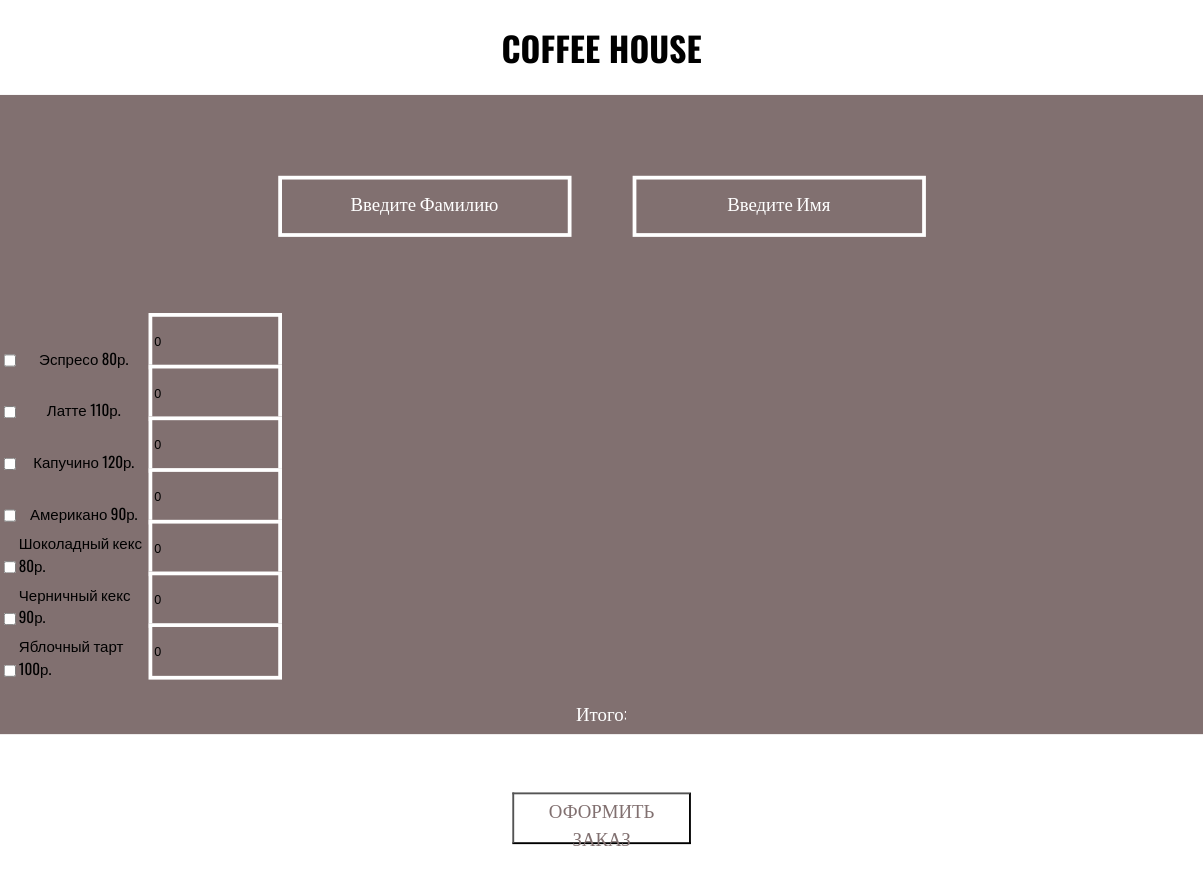
Repository: Valera1994/WebTestProject
Page: New2/index.html
These files come from the project's save history. The page is drawn as it stood at one moment and after the next save; the edit follows.
The browser window is 1280 px wide. The pictures show the whole page, at 94% of full size.

Above is the page before, as saved 2025-07-20 22:11:17.

### New2/index.html
<!DOCTYPE html>
<html lang="en">
<head>
    <meta charset="UTF-8">
    <meta name="viewport" content="width=device-width, initial-scale=1.0">
    <title>COFFEE HOUSE</title>
    <link rel="stylesheet" href="style.css">
    <link rel="preconnect" href="https://fonts.googleapis.com">
    <link rel="preconnect" href="https://fonts.gstatic.com" crossorigin="">
    <link href="https://fonts.googleapis.com/css2?family=Oswald:wght@200..700&amp;display=swap" rel="stylesheet">
</head>
<body>
    <header class="header">
        <h1 class="logo">COFFEE HOUSE</h1>
    </header>
    <div class="order">
        <div class="form">
            <input class="surname form_text" type="text" placeholder="Введите Фамилию" required="">
            <input class="name form_text" type="text" placeholder="Введите Имя" required="">
        </div>
        <div class="conteiner">
            <div class="form_checkbox">
                <input type="checkbox" id="coffee" name="espreso" value="choise1">
                <label for="espreso">Эспресо 80р.</label>
                <input class="price" type="number" min="0" value="0" placeholder="0">
            </div>
            <div class="form_checkbox">
                <input type="checkbox" id="coffee" name="latte" value="choise1">
                <label for="latte">Латте 110р.</label>
                <input class="price" type="number" min="0" value="0" placeholder="0">
            </div>
            <div class="form_checkbox">
                <input type="checkbox" id="coffee" name="capp" value="choise1">
                <label for="capp">Капучино 120р.</label>
                <input class="price" type="number" min="0" value="0" placeholder="0">
            </div>
            <div class="form_checkbox">
                <input type="checkbox" id="coffee" name="amer" value="choise1">
                <label for="amer">Американо 90р.</label>
                <input class="price" type="number" min="0" value="0" placeholder="0">
            </div>
            <div class="form_checkbox">
                <input type="checkbox" id="coffee" name="choco" value="choise1">
                <label for="choco">Шоколадный кекс 80р.</label>
                <input class="price" type="number" min="0" value="0" placeholder="0">
            </div>
            <div class="form_checkbox">
                <input type="checkbox" id="coffee" name="chern" value="choise1">
                <label for="chern">Черничный кекс 90р.</label>
                <input class="price" type="number" min="0" value="0" placeholder="0">
            </div>
            <div class="form_checkbox">
                <input type="checkbox" id="coffee" name="apple" value="choise1">
                <label for="apple">Яблочный тарт 100р.</label>
                <input class="price" type="number" min="0" value="0" placeholder="0">
            </div>
        </div>

        <p>Итого: <span class="result"></span></p>
        <div class="button_container">
            <button class="btn">ОФОРМИТЬ ЗАКАЗ</button>
        </div>
    </div>
</body>
</html>

### New2/style.css
body{
    margin: 0;
    padding: 0;
    font-family: 'Oswald', sans-serif;
}

.header {
    width: 100%;
    box-sizing: border-box;
    text-decoration: none;
    top: 0;
    left: 0;
}

.logo{
    color: black;
    font-size: 36px;
    white-space: nowrap;
    font-weight: medium;
    display: flex;
    justify-content: center;
}

.order{
    width: 100%;
    height: 680px;
    background: rgba(129, 112, 112, 1);
}

.form{
    padding: 86px 0;
    gap: 65px;
    display: flex;
    justify-content: center;
}

.form_text{
    background-color: #817070;
    display: flex;
    flex-direction: column;
    justify-content: center;
    width: 300px;
    height: 55px;
    border: 4px solid white;
}

.form_text::placeholder {
    font-family: 'Oswald';
    color: white;
    opacity: 1;
    display: flex;
    align-items:center;
    text-align: center;
    font-size: 20px;
    font-weight: lighter;
}

.container{
    display: flex;
    align-items:baseline;
    flex-wrap: wrap;
    padding-bottom: 17px;
    height: 271px;
    width: 784px;
}

.form_checkbox{
    width: 300px;
    height: 55px;
    display: flex;
    justify-content: space-between;
    align-items: flex-end;
}


.price{
    background-color: #817070;
    display: flex;
    flex-direction: column;
    justify-content: center;
    width: 130px;
    height: 50px;
    border: 4px solid white;
}

p{
    font-family: 'Oswald';
    font-size: 20px;
    font-weight:lighter;
    color: white;
    display: flex;
    justify-content: center;
}

.button_container{
    display: flex;
    justify-content: center;
    padding: 50px;
}

.btn{
    width: 190px;
    height: 55px;
    font-family: 'Oswald';
    font-size: 20px;
    font-weight: 500;
    background-color: white;
    color: rgba(129, 112, 112, 1);
}

After the next save:
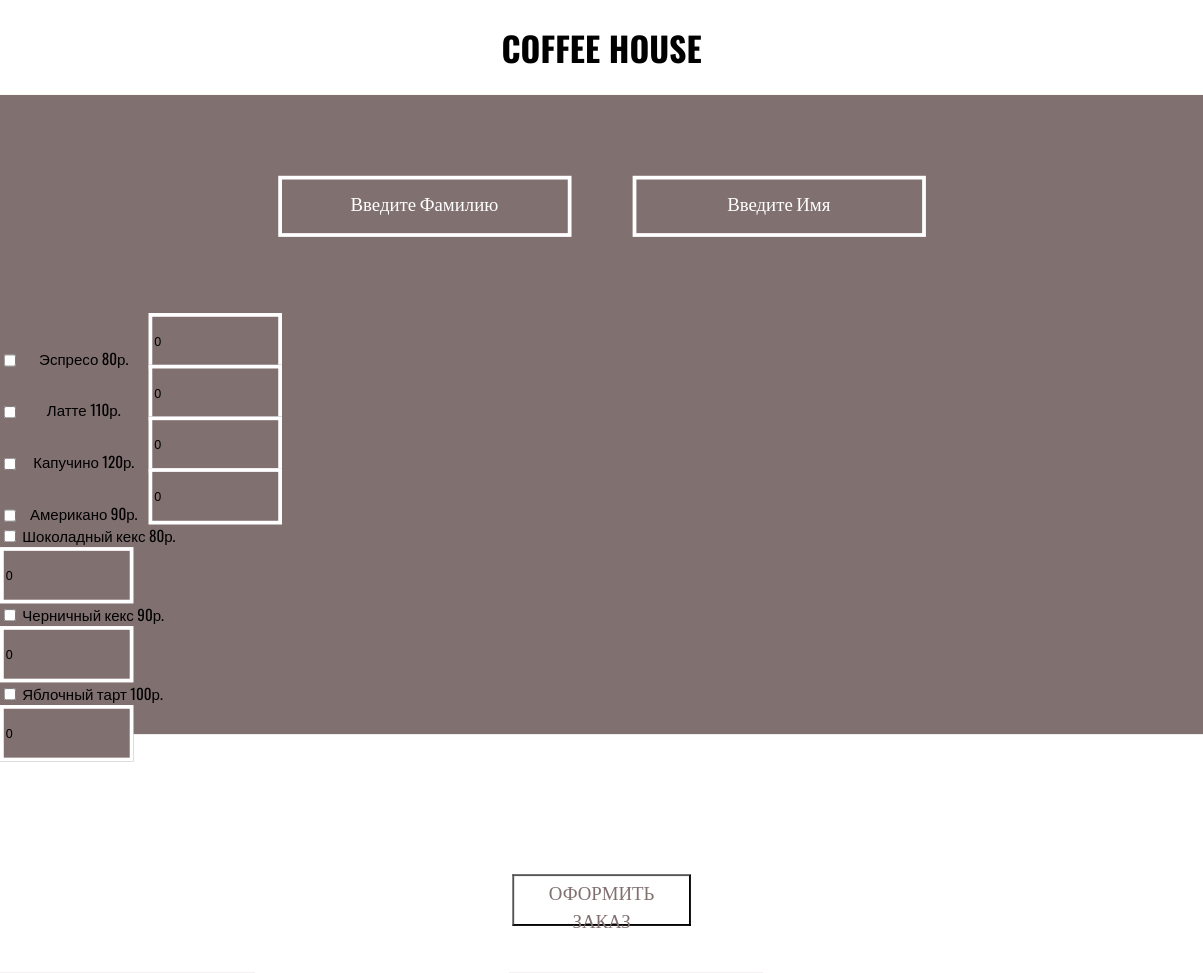
Saved 44 s later.
--- a/New2/index.html
+++ b/New2/index.html
@@ -39,17 +39,17 @@
                 <label for="amer">Американо 90р.</label>
                 <input class="price" type="number" min="0" value="0" placeholder="0">
             </div>
-            <div class="form_checkbox">
+            <div class="form_checkbox2">
                 <input type="checkbox" id="coffee" name="choco" value="choise1">
                 <label for="choco">Шоколадный кекс 80р.</label>
                 <input class="price" type="number" min="0" value="0" placeholder="0">
             </div>
-            <div class="form_checkbox">
+            <div class="form_checkbox2">
                 <input type="checkbox" id="coffee" name="chern" value="choise1">
                 <label for="chern">Черничный кекс 90р.</label>
                 <input class="price" type="number" min="0" value="0" placeholder="0">
             </div>
-            <div class="form_checkbox">
+            <div class="form_checkbox2">
                 <input type="checkbox" id="coffee" name="apple" value="choise1">
                 <label for="apple">Яблочный тарт 100р.</label>
                 <input class="price" type="number" min="0" value="0" placeholder="0">

After the save that followed:
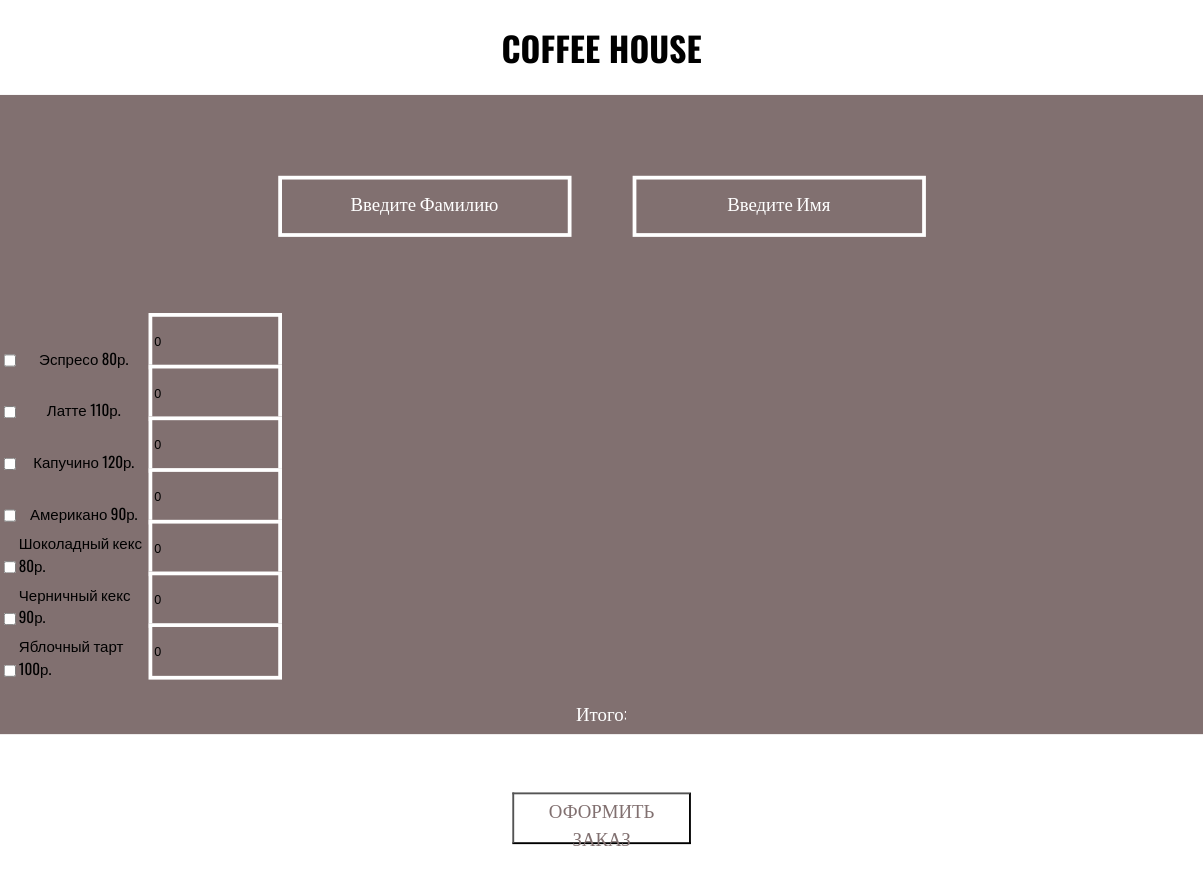
Saved 46 s later.
--- a/New2/index.html
+++ b/New2/index.html
@@ -39,17 +39,17 @@
                 <label for="amer">Американо 90р.</label>
                 <input class="price" type="number" min="0" value="0" placeholder="0">
             </div>
-            <div class="form_checkbox2">
+            <div class="form_checkbox">
                 <input type="checkbox" id="coffee" name="choco" value="choise1">
                 <label for="choco">Шоколадный кекс 80р.</label>
                 <input class="price" type="number" min="0" value="0" placeholder="0">
             </div>
-            <div class="form_checkbox2">
+            <div class="form_checkbox">
                 <input type="checkbox" id="coffee" name="chern" value="choise1">
                 <label for="chern">Черничный кекс 90р.</label>
                 <input class="price" type="number" min="0" value="0" placeholder="0">
             </div>
-            <div class="form_checkbox2">
+            <div class="form_checkbox">
                 <input type="checkbox" id="coffee" name="apple" value="choise1">
                 <label for="apple">Яблочный тарт 100р.</label>
                 <input class="price" type="number" min="0" value="0" placeholder="0">
